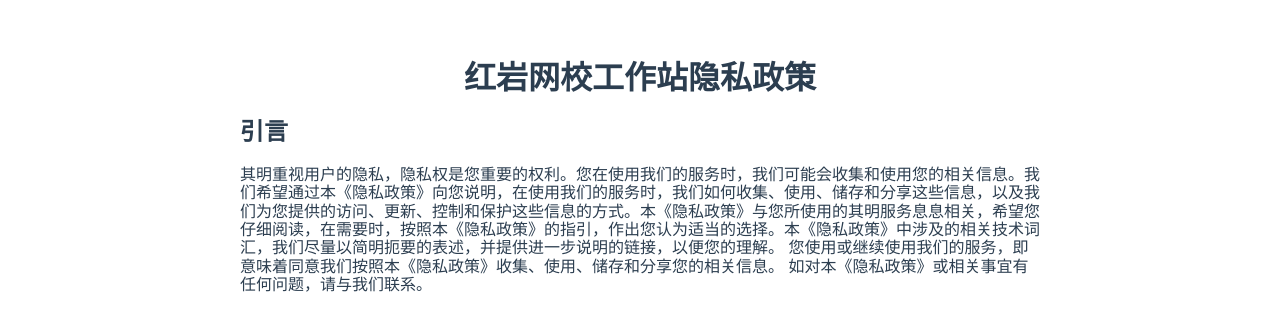
Repository: zl-mdc/privacy-policy
Page: /
The author's editor kept a copy of each file at every save. The page is drawn from the files as they stood at one save, then again after the next save.
The browser window is 1280 px wide. The pictures show the whole page.
The project was rebuilt for these pictures with package versions that can differ from the ones it lists, and the page was loaded fresh each time.

Above is the page before, as saved 2020-09-17 15:33:02.

After the next save:
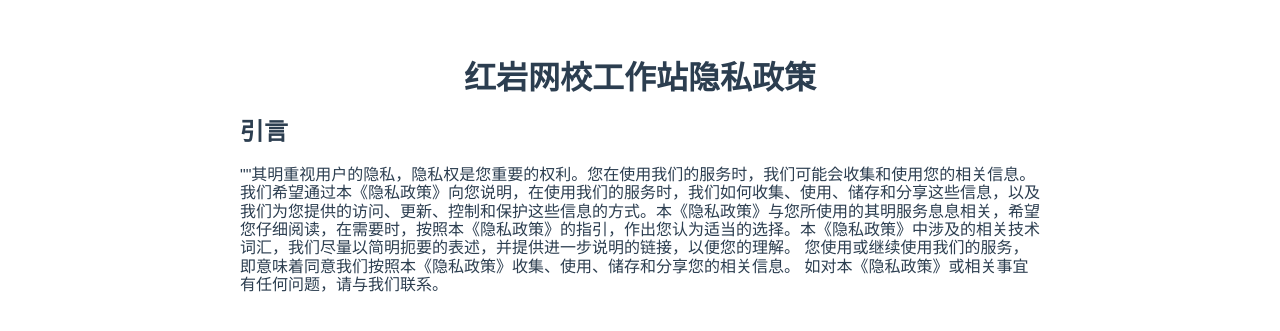
Saved 11 s later.
--- a/src/components/Info.vue
+++ b/src/components/Info.vue
@@ -1,7 +1,7 @@
 <!--
  * @Author: Code_Master
  * @Date: 2020-09-17 15:00:51
- * @LastEditTime: 2020-09-17 15:33:02
+ * @LastEditTime: 2020-09-17 15:33:13
  * @LastEditors: Code_Master
  * @FilePath: /privacy-policy/src/components/Info.vue
  * @Description: The first 90% of the code accounts for the first 90% of the development time. The remaining 10% of the code accounts for the other 90% of the development time.
@@ -11,7 +11,7 @@
           <h1>红岩网校工作站隐私政策</h1>
 
           <h2>引言</h2>
-          <p><span>      </span>其明重视用户的隐私，隐私权是您重要的权利。您在使用我们的服务时，我们可能会收集和使用您的相关信息。我们希望通过本《隐私政策》向您说明，在使用我们的服务时，我们如何收集、使用、储存和分享这些信息，以及我们为您提供的访问、更新、控制和保护这些信息的方式。本《隐私政策》与您所使用的其明服务息息相关，希望您仔细阅读，在需要时，按照本《隐私政策》的指引，作出您认为适当的选择。本《隐私政策》中涉及的相关技术词汇，我们尽量以简明扼要的表述，并提供进一步说明的链接，以便您的理解。 您使用或继续使用我们的服务，即意味着同意我们按照本《隐私政策》收集、使用、储存和分享您的相关信息。 如对本《隐私政策》或相关事宜有任何问题，请与我们联系。 </p>
+          <p><span>""</span>其明重视用户的隐私，隐私权是您重要的权利。您在使用我们的服务时，我们可能会收集和使用您的相关信息。我们希望通过本《隐私政策》向您说明，在使用我们的服务时，我们如何收集、使用、储存和分享这些信息，以及我们为您提供的访问、更新、控制和保护这些信息的方式。本《隐私政策》与您所使用的其明服务息息相关，希望您仔细阅读，在需要时，按照本《隐私政策》的指引，作出您认为适当的选择。本《隐私政策》中涉及的相关技术词汇，我们尽量以简明扼要的表述，并提供进一步说明的链接，以便您的理解。 您使用或继续使用我们的服务，即意味着同意我们按照本《隐私政策》收集、使用、储存和分享您的相关信息。 如对本《隐私政策》或相关事宜有任何问题，请与我们联系。 </p>
     </div>
 </template>
 
